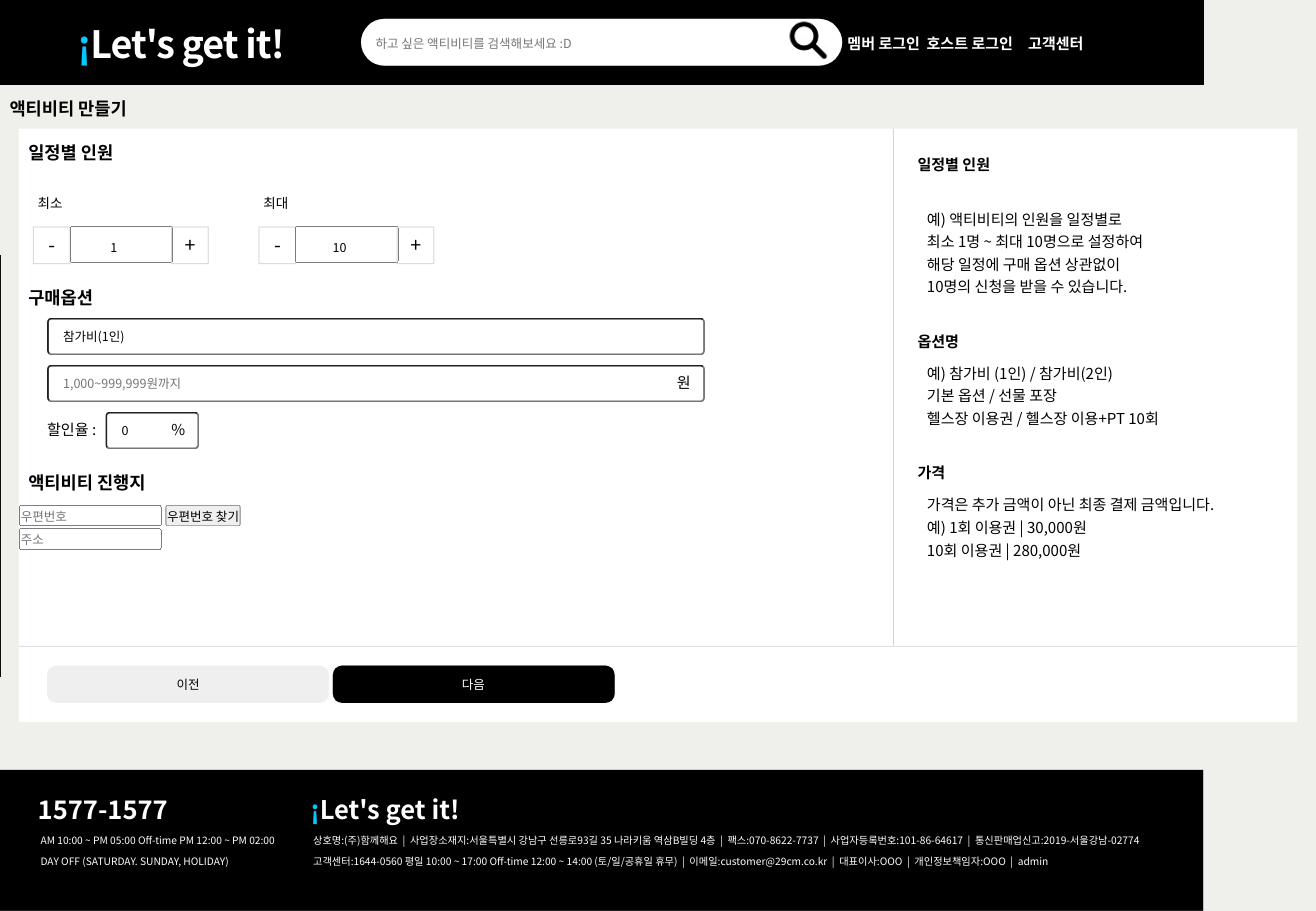
Repository: KiHyo-Tak/2stTeam
Page: http://localhost/2nd_Project_LetsGetIt/WEB-INF/views/activity/memberCntForm.jsp
The author's editor kept a copy of each file at every save. The page is drawn from the files as they stood at one save, then again after the next save.
The browser window is 1280 px wide. The page is 1400 px wide, so the pictures cover 1400 px, including what lies to the right of the window. The pictures show the whole page, at 94% of full size.
Some web fonts or font styles are not loaded; a fallback is used. The page is served by Tomcat 9. Nobody is signed in. The template is opened directly, without the code that normally fills it, so the values that code supplies are empty.

Above is the page before, as saved 2020-04-29 06:01:02.

After the next save:
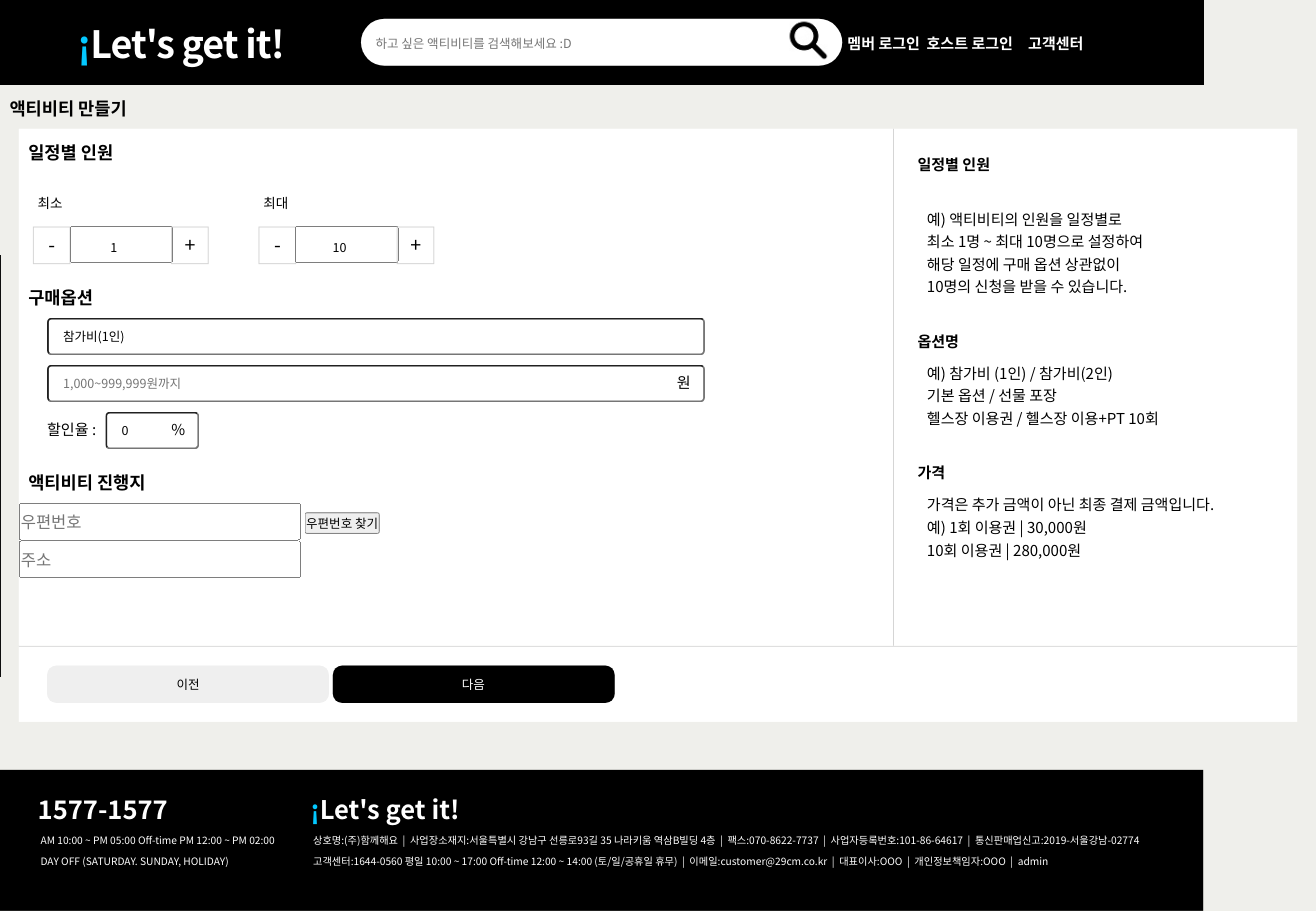
Saved 5 min 20 s later.
--- a/2nd_Project_LetsGetIt/src/main/webapp/css/memberCntForm.css
+++ b/2nd_Project_LetsGetIt/src/main/webapp/css/memberCntForm.css
@@ -68,6 +68,12 @@ body {
 	#memberCnt #left .clear #num {
 		margin-left:30px;
 	}
+	#memberCnt #left #address input[type=text] {
+		width:300px;
+		height:40px;
+		line-height:40px;
+		font-size:1.1em;
+	}
 
 	#memberCnt #right {
 		width:430px;
